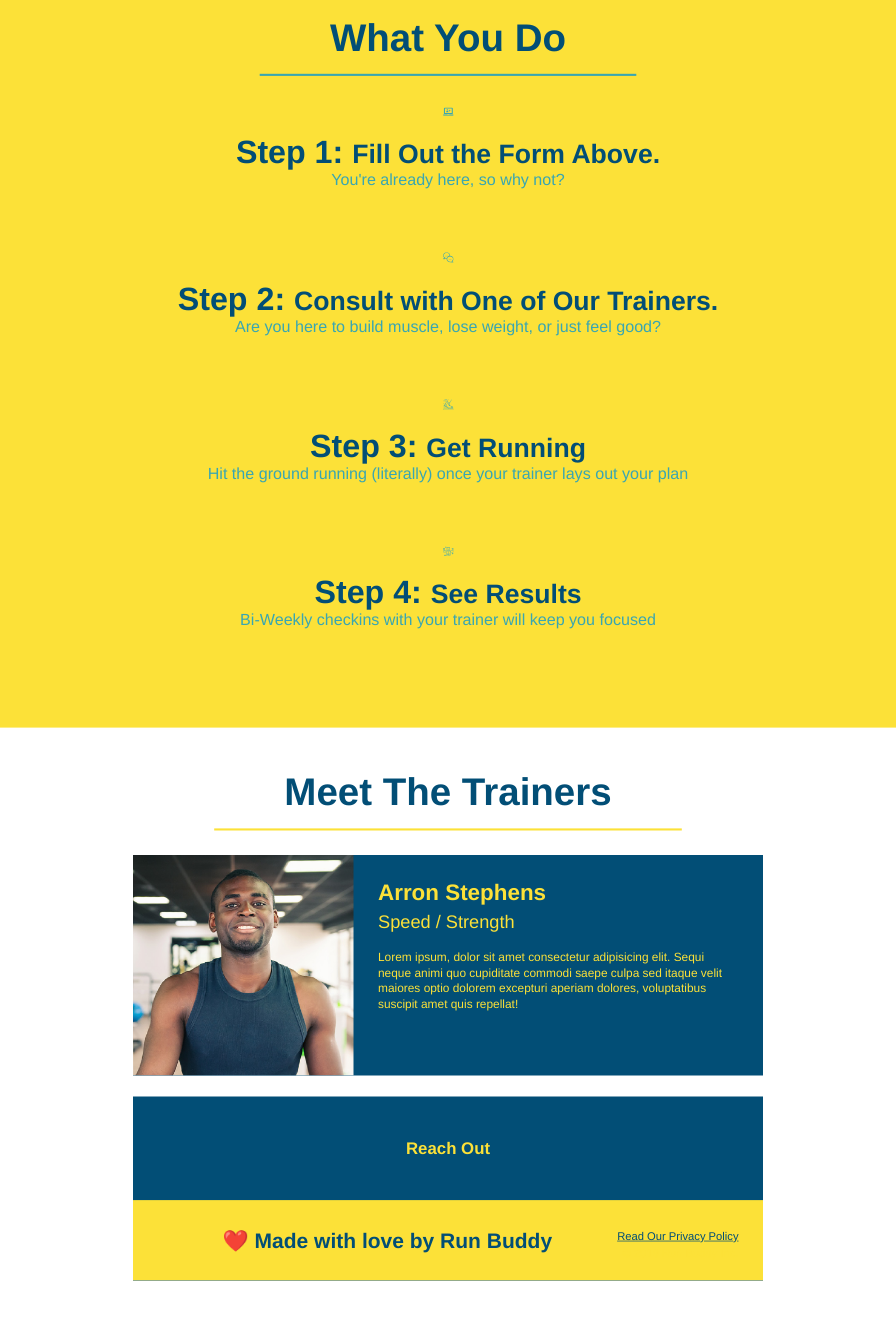
Repository: symlara/run-buddy
Page: index.html
The author's editor kept a copy of each file at every save. The page is drawn from the files as they stood at one save, then again after the next save.
The browser window is 1280 px wide. The pictures show the part of the page from y = 1218 to 3138 px (the page is 3138 px tall), at 70% of full size.

Above is the page before, as saved 2020-12-10 14:36:58.

### index.html
<!DOCTYPE html>
<html lang="en">
    <head>
        <link rel="stylesheet" href="./assets/css/style.css" />
        <meta charset="UTF-8"/>
        <title>Run Buddy</title>
    </head>
    <body>
        <!-- navigation -->
        <header>
        <a href="/"><h1>RUN BUDDY</h1></a>
        <nav>
            <!-- Unordered list element -->
            <ul>
                <!-- List item element -->
                <li>
                    <!-- Anchor Element -->
                    <a href="#what-we-do">What We Do</a>
                </li>
                <li>
                    <a href="#what-you-do">What You Do</a>
                </li>
                <li>
                    <a href="#your-trainers">Your Trainers</a>
                </li>
                <li>
                    <a href="#reach-out">Reach Out</a>
                </li>
            </ul>
        </nav>
        </header>

        <!-- hero section -->
        <section class="hero">
        <div class="hero-form">
            <h3>Get Started Today</h3>
            <p>Fill out this form and one of our trainers will schedule a consult</p>
            <!-- Add form elements -->
            <form>
                <label for="name">Enter full name:</label>
                <input type="text" placeholder="Your Name" name="name" id="name" class="form-input" />
                <label for="email">Enter Email Address:</label>
                <input type="email" placeholder="Email Address" name="email" id="email" class="form-input" />
                <label for="phone">Enter a telephone number</label>
                <input type="tel" placeholder="Phone Number" name="phone" id="phone" class="form-input" />
                <p>
                    Have you worked out with a trainer before?
                    <input type="radio" name="trainer-confirm" id="trainer-yes" />
                    <label for="trainer-yes">Yes</label>
                    <input type="radio" name="trainer-confirm" id="trainer-no" />
                    <label for="trainer-no">No</label>
                </p>
                <p>
                    <label for="checkbox">
                    I acknowledge that I am at least 18 years of age.
                    </label>
                    <input type="checkbox" name="age-confirm" id="checkbox" />
                </p>
                <button type="submit">
                    Get running!
                </button>
            </form>
        </div>
    </section>
    <!-- end hero -->

        <!-- hero/jumbotron -->
        <section></section>

        <!-- "what we do" section -->
        <section id="what-we-do" class="intro">
            <h2 class="section-title primary-border">What We Do</h2>
            <p>
                butcher selfies chambray shabby chic gentrify readymade yr Echo Park XOXO Tumblr normcore Banksy direct trade Blue Bottle chillwave you probably haven't heard of them single-origin coffee Vice fanny pack fixie Odd Future Austin fingerstache pickled twee synth Wes Anderson Thundercats viral bitters flannel meggings narwhal Marfa Schlitz sustainable Intelligentsia umami deep v craft
            </p>
        </section>

        <!-- "what you do" section -->
        <section id="what-you-do" class="steps">
            <h2 class="section-title secondary-border">What You Do</h2>

            <div>
                <!-- insert this img element -->
                <img src="./assets/images/step-1.svg" alt="" />
                <h3>Step 1: <span>Fill Out the Form Above.</span></h3>
                <p>You're already here, so why not?</p>
            </div>

            <div>
                <!-- insert this img element -->
                <img src="./assets/images/step-2.svg" alt="" />
                <h3>Step 2: <span>Consult with One of Our Trainers.</span></h3>
                <p>Are you here to build muscle, lose weight, or just feel good?</p>
            </div>

            <div>
                <!-- insert this img element -->
                <img src="./assets/images/step-3.svg" alt="" />
                <h3>Step 3: <span>Get Running</span></h3>
                <p>Hit the ground running (literally) once your trainer lays out your plan</p>
            </div>

            <div>
                <!-- insert this img element -->
                <img src="./assets/images/step-4.svg" alt="" />
                <h3>Step 4: <span>See Results</span></h3>
                <p>Bi-Weekly checkins with your trainer will keep you focused</p>
            </div>
        </section>

        <!-- "meet the trainers" section -->
        <section id="your-trainers" class="trainers">
            <h2 class="section-title primary-border">Meet The Trainers

            </h2>

            <!-- first trainer bio -->
            <article class="trainer">
                <img src="./assets/images/trainer-1.jpg" alt="Arron Stephens in his workout clothes, ready to pump iron" />
                <div class="trainer-bio text-left">
                    <h3>Arron Stephens</h3>
                    <h4>Speed / Strength</h4>
                    <p>
                        Lorem ipsum, dolor sit amet consectetur adipisicing elit. Sequi neque animi quo cupiditate commodi saepe culpa sed
                        itaque velit maiores optio dolorem excepturi aperiam dolores, voluptatibus suscipit amet quis repellat!
                    </p>
                </div>
            </article>
            <!-- first trainer end -->

            <!--second trainer bio -->
            <article class="trainer"
        </section>

        <!-- "reach out" section -->
        <section>
            <h2>Reach Out</h2>
        </section>

        <!-- footer -->
        <footer>
            <h2>❤️ Made with love by Run Buddy</h2>
            <div>
                <a href="#">Read Our Privacy Policy</a><br />
                &copy; 2019 Run Buddy Inc.
            </div>
        </footer>
    </body>

    </html>

### assets/css/style.css
* {
    margin: 0;
    padding: 0;
    box-sizing: border-box;
}


body {
    /* more on this crazy alphanumerical value in a minute */
    color: #39a6b2;
    font-family: Helvetica, Arial, sans-serif;
}

/* apply styles to header */
header {
    padding: 20px 35px;
    background-color: #39a6b2;
}

header h1 {
    font-weight: bold;
    font-size: 36px;
    color: #fce138;
    margin: 0;
    display: inline;
}

header a {
    text-decoration: none;
    color: #fce138;
}

header nav {
    float: right;
    margin: 7px 0;
}

header nav ul li {
    display: inline;
}

header nav ul li a {
    margin: 0 30px;
    font-weight: lighter;
    font-size: 22px;
}

footer {
    background: #fce138;
    width: 100%;
    padding: 40px 35px;
  }

footer h2 {
    display: inline;
    color: #024e76;
    font-size: 30px;
    margin: 0;
}

footer div {
    float: right;
    line-height: 1.5;
    text-align: right;
}

footer a {
    color: #024e76;
}

section {
    padding: 60px;
}

/* Hero Style Start */
.hero {
    background-image: url("../images/hero-bg.jpg");
    height: 600px;
    background-size: cover;
    background-position: center;
    position: relative;
}
/*The height property fixed at 600px gives an exact size of the section, which is important in this context to allow room for the sign-up form.*/


.hero-form {
    border: solid 3px #024e76;
    background-color: #fce138;
    padding: 20px;
    width: 500px;
    color: #024e76;
    position: absolute;
    bottom: 120px;
    right: 140px;
}

.hero-form h3 {
    font-size: 24px;
    margin: 0;
}

.hero-form p {
    margin: 5px 0 15px 0;
}

.form-input {
    border: 1px solid #024e76;
    display: block;
    padding: 7px 15px;
    font-size: 16px;
    color: #024e76;
    width: 100%;
    margin-bottom: 15px;
}

.hero-form label {
    margin: 0 5px;
}

.hero-form button {
    color: #fce138;
    background-color: #024e76;
    border: none;
    padding: 10px 20px;
    font-size: 16px;
}
/* Hero Style End */

/*What We Do Section */
.intro {
    text-align: center;
}

.intro p {
    line-height: 1.7;
    color: #39a6b2;
    width: 80%;
    font-size: 20px;
    margin: 0 auto;
}

/*What We Do End*/

.section-title {
    display: inline-block;
    font-size: 55px;
    color: #024e76;
    margin-bottom: 35px;
    padding: 0 100px 20px 100px;
    border-bottom: 3px solid;
}

.primary-border {
    border-color: #fce138;
}

.secondary-border {
    border-color: #39a6b2;
}

/* What You Do Section */
.steps {
    text-align: center;
    background: #fce138;
}

.steps div {
    margin-bottom: 80px;
}

.steps img {
    width: 15px;
    margin: 10px 0;
}

.steps h3 {
    color: #024e76;
    font-size: 46px;
    margin-top: 10px;
}

.steps p {
    color: #39a6b2;
    font-size: 23px;
}

.steps span {
    font-size: 38px;
}


/* What You Do End */

/* Your Trainers Section */
.trainers {
    text-align: center;
}

.trainer {
    width: 900px;
    margin: 0 auto 30px auto;
    background: #024e76;
    color: #fce138;
    overflow: auto;
}

.trainer img {
    width: 35%;
    float: left;
}

.trainer-bio {
    padding: 35px;
    float: left;
    width: 65%;
}

.text-left {
    text-align: left;
}

.text-right {
    text-align: right;
}

.trainer-bio h3 {
    font-size: 32px;
    margin-bottom: 8px;
}

.trainer-bio h4 {
    font-weight: lighter;
    font-size: 26px;
    margin-bottom: 25px;
}

.trainer-bio p {
    font-size: 17px;
    line-height: 1.3;
}
/* Your Trainers Section End */

After the next save:
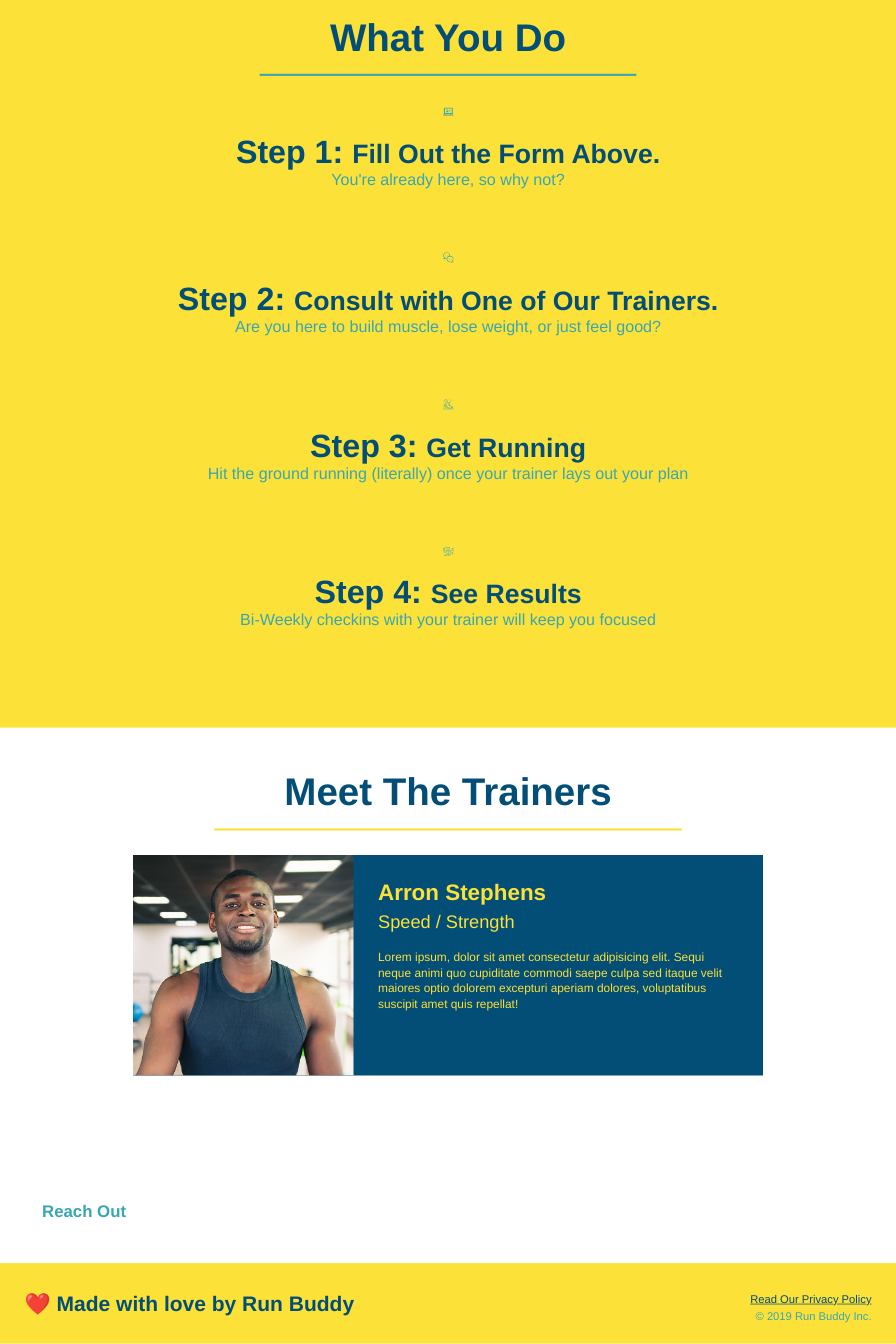
Saved 4 s later.
--- a/index.html
+++ b/index.html
@@ -129,7 +129,9 @@
             <!-- first trainer end -->
 
             <!--second trainer bio -->
-            <article class="trainer"
+            <article class="trainer">
+
+            </article>
         </section>
 
         <!-- "reach out" section -->
